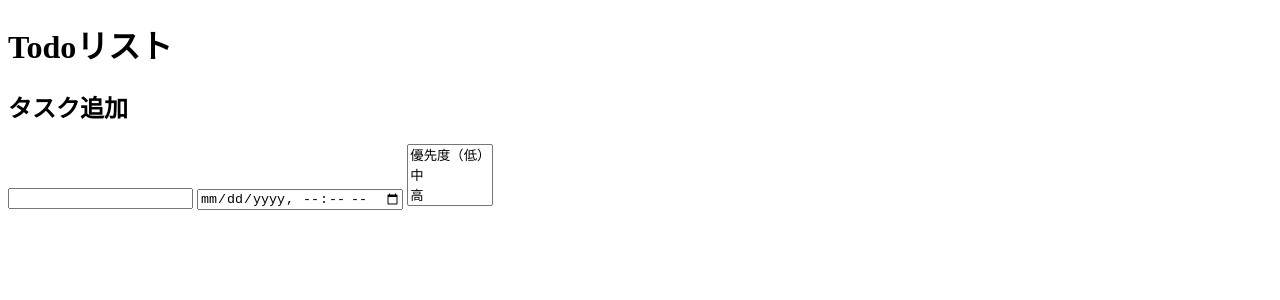
Repository: 1117wata/todo_enhanced
Page: http://localhost/
These files come from the project's save history. The page is drawn as it stood at one moment and after the next save; the edit follows.
The browser window is 1280 px wide. The pictures show the whole page.
The page is run by PHP 8.4 with error messages shown; the project is at /var/www/html/.

Above is the page before, as saved 2025-06-19 10:25:00.

### index.php
<!DOCTYPE html>
<html lang="ja">
<head>
    <meta charset="UTF-8">
    <meta name="viewport" content="width=device-width, initial-scale=1.0">
    <title>Todoリスト</title>
</head>
<body>
    <h1>Todoリスト</h1>
    <!-- タスク追加 -->
        <h2>タスク追加</h2>
            <input type="text" name="task">
            <input type="datetime-local" name="duedate">
            <select name="priority" size="3">
                <option value="low">優先度（低）</option>
                <option value="medium">中</option>
                <option value="high">高</option>
            </select>
</body>
</html>

After the next save:
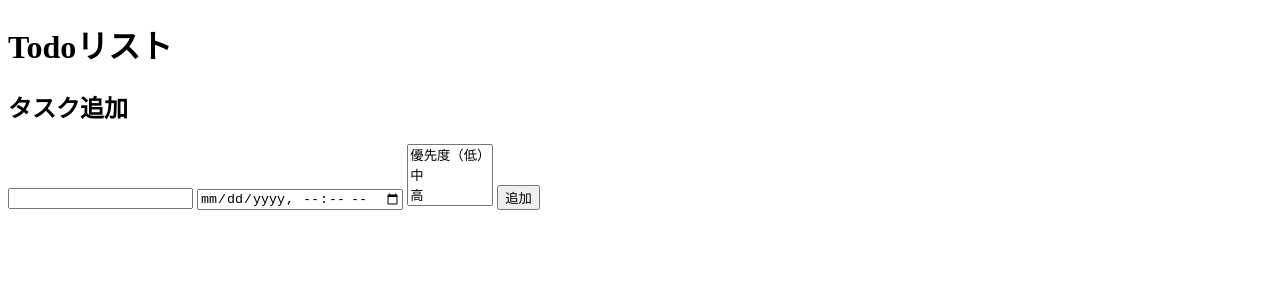
Saved 4 min 2 s later.
--- a/index.php
+++ b/index.php
@@ -8,6 +8,7 @@
 <body>
     <h1>Todoリスト</h1>
     <!-- タスク追加 -->
+     <article>
         <h2>タスク追加</h2>
             <input type="text" name="task">
             <input type="datetime-local" name="duedate">
@@ -16,5 +17,7 @@
                 <option value="medium">中</option>
                 <option value="high">高</option>
             </select>
+            <input type="submit" name="add" value="追加">
+     </article>
 </body>
 </html>
